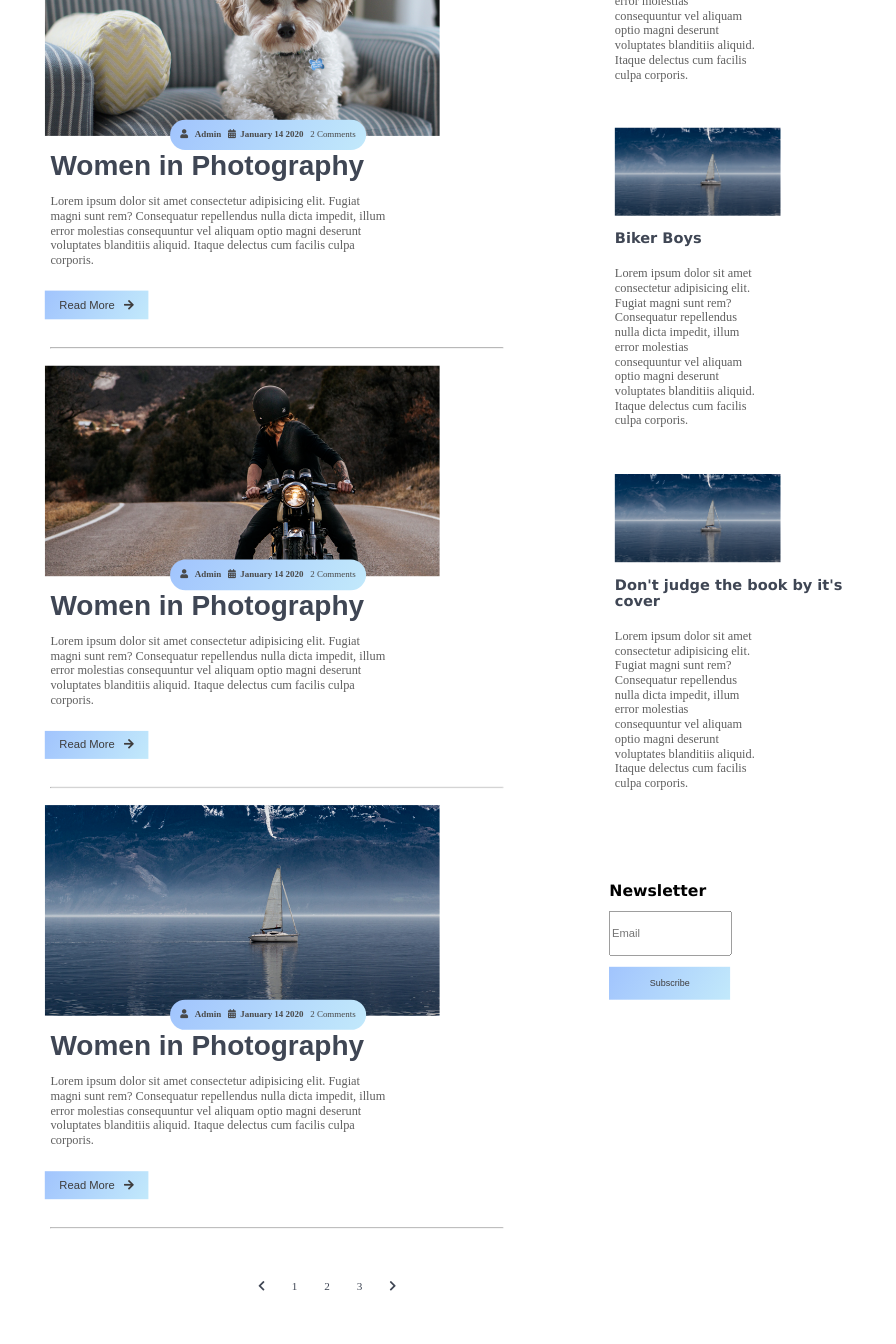
Repository: premjawaharp/Blogsite
Page: index.html
An editor plug-in stored every save of this project. The page is shown before and after the next save, followed by the edit.
The browser window is 1280 px wide. The pictures show the part of the page from y = 2033 to 3953 px (the page is 3953 px tall), at 70% of full size.

Above is the page before, as saved 2020-09-16 21:41:37.

After the next save:
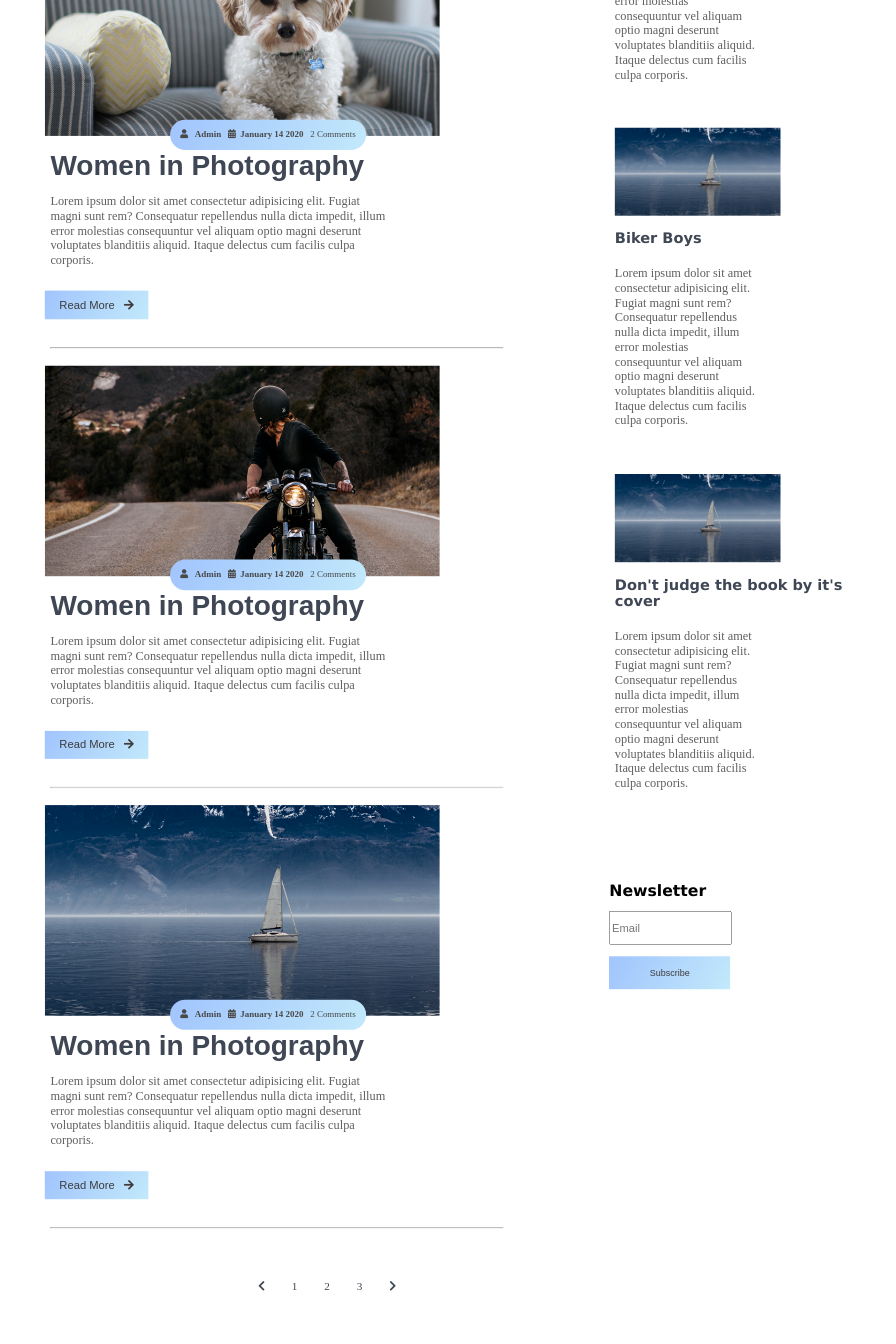
Saved 18 s later.
--- a/css/style.css
+++ b/css/style.css
@@ -397,7 +397,7 @@ main .post-content .post-btn {
 }
 .news-letter .news-form input{
     width: 13vw;
-    height: 8vh;
+    height: 6vh;
     font-size: 1rem;
 }
 .news-inputs{
